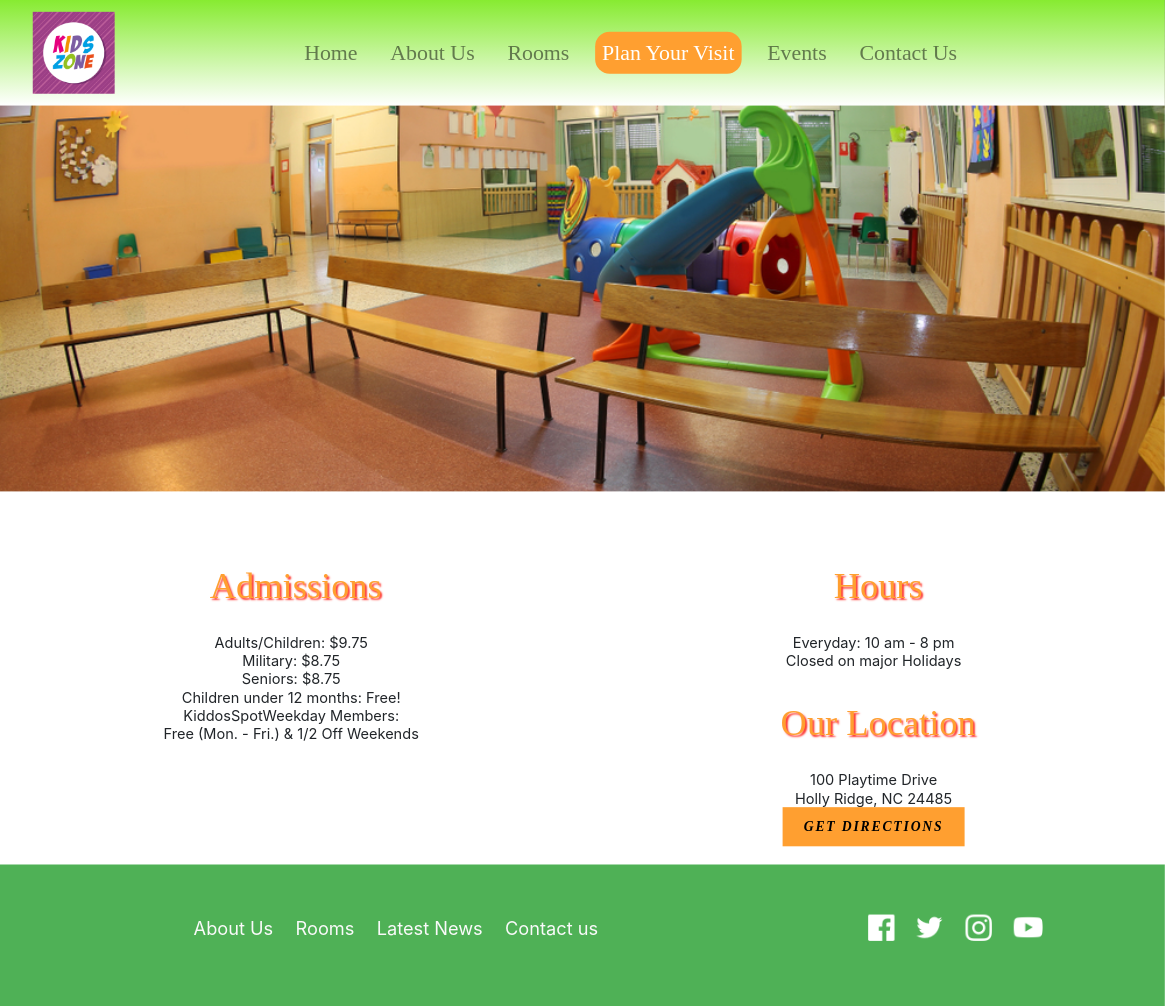
Repository: Code-Institute-Submissions/my-first-frontend-milestone-project
Page: planyourvisit.html
The author's editor kept a record of every edit. The page is drawn from the files as they stood at one moment, then again after the next edit.
The browser window is 1280 px wide. The pictures show the whole page, at 91% of full size.
Some web fonts or font styles are not loaded; a fallback is used.

Above is the page before.

After the next edit:
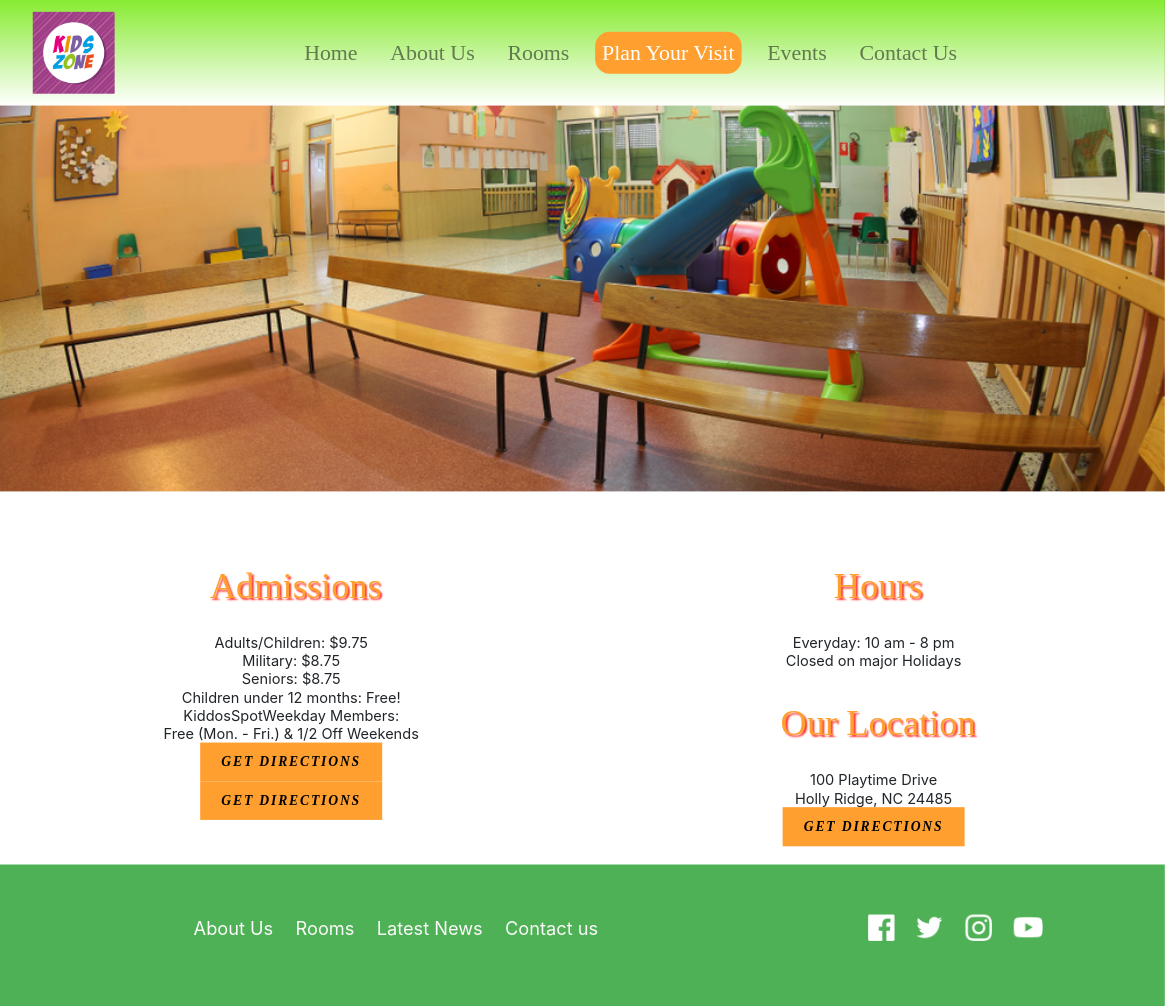
The edit:
--- a/planyourvisit.html
+++ b/planyourvisit.html
@@ -64,6 +64,12 @@
                     <p>Children under 12 months: Free!</p>
                     <p>KiddosSpotWeekday Members:</p>
                     <p>Free (Mon. - Fri.) & 1/2 Off Weekends</p>
+                    <div>
+                        <a class="getdirections-btn" href="#"><em>Get Directions</em></a>
+                    </div>
+                    <div>
+                        <a class="getdirections-btn" href="#"><em>Get Directions</em></a>
+                    </div>
                 </div>
                 <div class= "col-md-6 compact-paragraph">
                     <h2 class="subtitle-plan-your-visit">Hours</h2>
